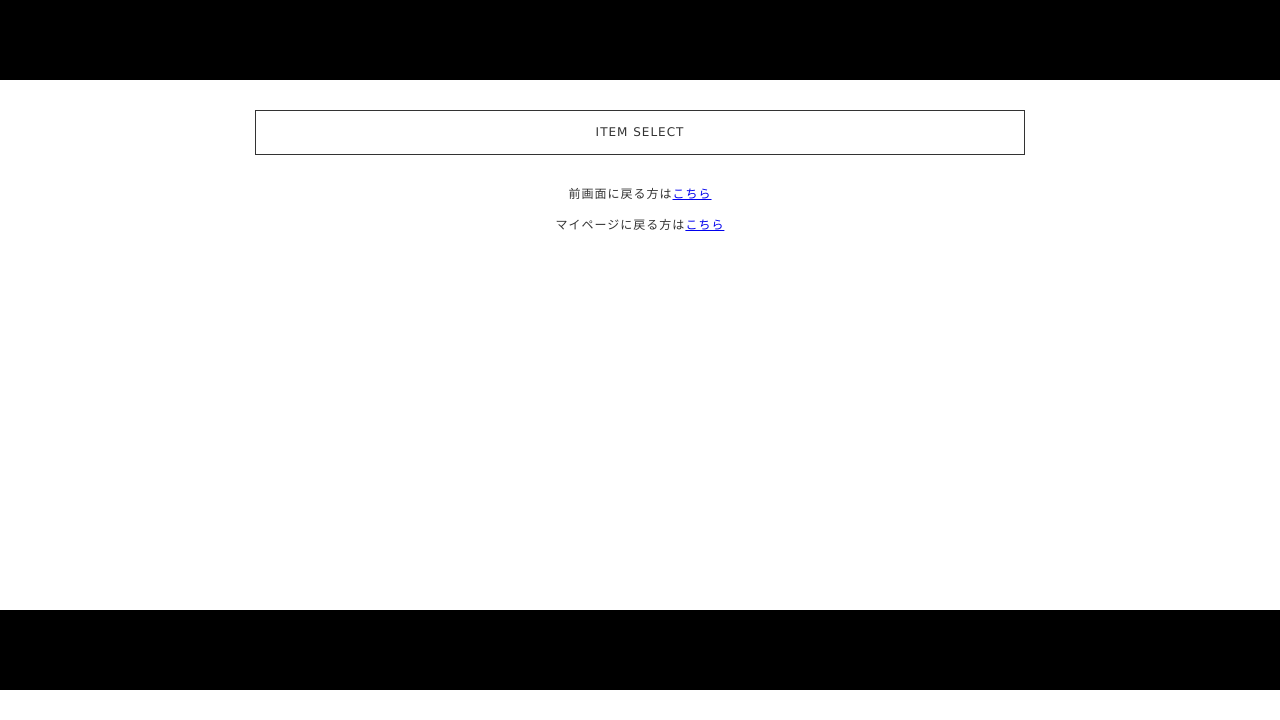
Repository: kf3225/backup
Page: http://localhost/ecsite/itemSelect.jsp
An editor plug-in stored every save of this project. The page is shown before and after the next save, followed by the edit.
The browser window is 1280 px wide. The pictures show the whole page.
The page is served by Tomcat 9.

Above is the page before, as saved 2018-01-31 06:27:52.

After the next save:
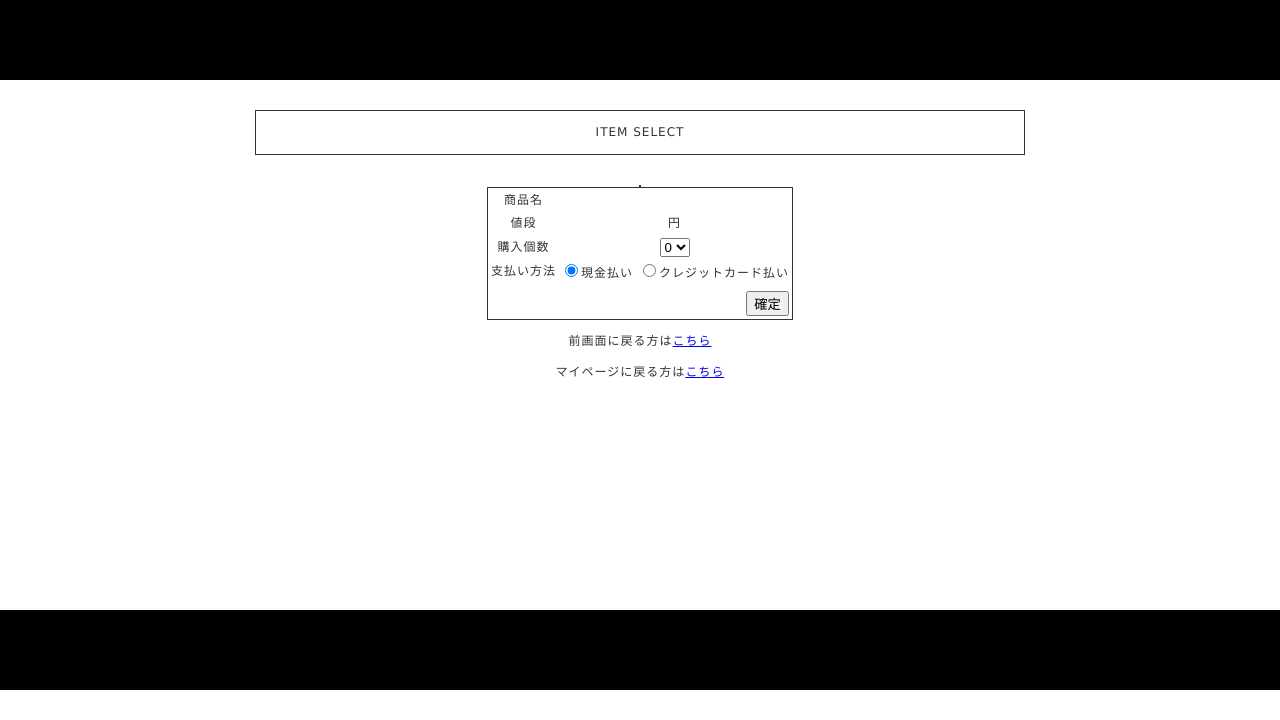
Saved 60 s later.
--- a/ecsite/WebContent/itemSelect.jsp
+++ b/ecsite/WebContent/itemSelect.jsp
@@ -71,16 +71,15 @@ table {
 	<div id="main">
 		<div id="top"><p>ITEM SELECT</p></div>
 		<div>
-			<s:iterator value="session.ItemSelectDTOList">
 			<s:form action="BuyItemAction">
 			<table>
 				<tr>
 					<td><span>商品名</span></td>
-					<td><s:property value="itemName" /><br></td>
+					<td><s:property value="session.itemName" /><br></td>
 				</tr>
 				<tr>
 					<td><span>値段</span></td>
-					<td><s:property value="itemPrice" /><span>円</span></td>
+					<td><s:property value="session.itemPrice" /><span>円</span></td>
 				</tr>
 				<tr>
 					<td><span>購入個数</span></td>
@@ -107,7 +106,6 @@ table {
 				</tr>
 			</table>
 			</s:form>
-			</s:iterator>
 			<div>
 				<p>前画面に戻る方は<a href='<s:url action="GoHomeAction" />'>こちら</a></p>
 				<p>マイページに戻る方は<a href='<s:url action="MyPageAction" />'>こちら</a></p>
